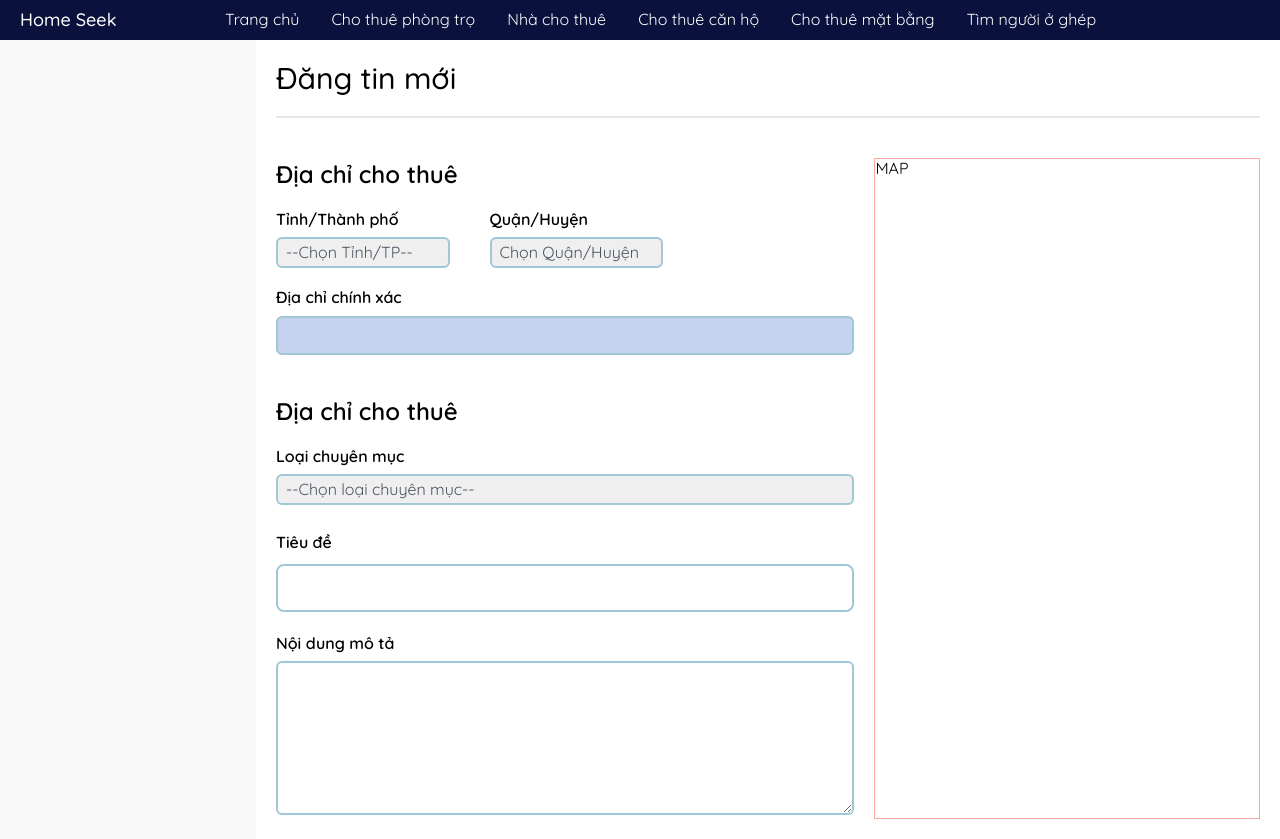
Repository: ajincome26/homeseek
Page: /create (app in client/)
These files come from the project's save history. The page is drawn as it stood at one moment and after the next save; the edit follows.
The browser window is 1280 px wide. The pictures show the whole page.
The page's requests for data from a server got no answer. The project was rebuilt for these pictures with package versions that can differ from the ones it lists, and the page was loaded fresh each time. Some packages were replaced by stand-ins written for this rebuild. No one was signed in, and anything a server would have sent is missing. Also part of the build but not shown: client/vite.config.ts, client/src/components/Footer/Footer.tsx, client/src/components/Button/Button.tsx, client/src/components/Button/index.ts, client/src/utils/utils.tsx, client/src/components/MainHeader/components/User.tsx, client/src/components/Popover/Popover.tsx, client/src/components/Popover/index.ts and 16 more.

Above is the page before, as saved 2024-01-10 05:02:05.

### client/index.html
<!doctype html>
<html lang="en">
  <head>
    <meta charset="UTF-8" />
    <link rel="icon" type="image/svg+xml" href="/vite.svg" />
    <meta name="viewport" content="width=device-width, initial-scale=1.0" />
    <title>Home Seek</title>
    <link rel="preconnect" href="https://fonts.googleapis.com" />
    <link rel="preconnect" href="https://fonts.gstatic.com" crossorigin />
    <link
      href="https://fonts.googleapis.com/css2?family=Quicksand:wght@300;400;500;600;700&display=swap"
      rel="stylesheet"
    />
  </head>
  <body>
    <div id="root"></div>
    <script type="module" src="/src/main.tsx"></script>
  </body>
</html>

### client/src/main.tsx
import ReactDOM from 'react-dom/client'
import App from './App'
import './styles/index.scss'
import { BrowserRouter } from 'react-router-dom'
import { QueryClient, QueryClientProvider } from '@tanstack/react-query'
import { ReactQueryDevtools } from '@tanstack/react-query-devtools'
import { AuthProvider } from './contexts/auth.context'
import { ErrorBoundary } from './components/ErrorBoundary'

// Create a client
const queryClient = new QueryClient({
  defaultOptions: {
    queries: {
      refetchOnWindowFocus: false // disable việc fetch lại api khi focus tab window
    }
  }
})

ReactDOM.createRoot(document.getElementById('root')!).render(
  <BrowserRouter>
    <QueryClientProvider client={queryClient}>
      <AuthProvider>
        <ErrorBoundary>
          <App />
        </ErrorBoundary>
      </AuthProvider>
      <ReactQueryDevtools initialIsOpen={false} />
    </QueryClientProvider>
  </BrowserRouter>
)

### client/src/App.tsx
import { useEffect } from 'react'
import { useAuth } from './contexts/auth.context'
import useRoute from './useRoute'
import { LocalStorageEventTarget } from './utils/auth'
import { ToastContainer } from 'react-toastify'
import 'react-toastify/dist/ReactToastify.css'

function App() {
  const routeElements = useRoute()
  const { resetAuth } = useAuth()
  useEffect(() => {
    LocalStorageEventTarget.addEventListener('clearLS', () => {
      resetAuth()
    })
    return () => {
      LocalStorageEventTarget.removeEventListener('clearLS', () => {
        resetAuth()
      })
    }
  }, [resetAuth])
  return (
    <div className='bg-third'>
      <ToastContainer />
      <div>{routeElements}</div>
    </div>
  )
}

export default App

### client/src/styles/index.scss
@tailwind base;
@tailwind components;
@tailwind utilities;

@import 'reset';

body {
  font-family: 'Quicksand', sans-serif;
  font-size: 16px;
  line-height: 1.2;
}

select {
  -webkit-appearance: none;
  -moz-appearance: none;
  appearance: none;
}

::-webkit-scrollbar {
  width: 10px;
}
::-webkit-scrollbar-track {
  background-color: #fafafa;
}
::-webkit-scrollbar-thumb {
  background-color: #ccd0d7;
  border-radius: 50px;
}

/* Chrome, Safari, Edge, Opera */
input::-webkit-outer-spin-button,
input::-webkit-inner-spin-button {
  -webkit-appearance: none;
  margin: 0;
}
/* Firefox */
input[type='number'] {
  appearance: textfield;
}

.cr-truncate-1 {
  overflow: hidden;
  display: -webkit-box;
  -webkit-box-orient: vertical;
  -webkit-line-clamp: 1;
  text-overflow: ellipsis;
  word-break: break-word;
}

// class tailwind-sort
.cr-transition {
  @apply transition-all ease-linear duration-200;
}
.cr-hover-text {
  @apply hover:text-[#977616] transition-colors ease-linear duration-200 cursor-pointer;
}
.cr-input-text {
  @apply px-3 py-2 border-[2px] border-[#a0c7d6] outline-none rounded-md focus:border-[#4b5fc2] cr-transition box-border w-full;
}

### client/src/contexts/auth.context.tsx
import React, { createContext, useContext, useState } from 'react'
import { User } from '~/types/user.type'
import { getAccessToken, getUserInfoFromStorage } from '~/utils/auth'

interface AuthProviderType {
  isLoggedIn: boolean
  setIsLoggedIn: React.Dispatch<React.SetStateAction<boolean>>
  userInfo: User | null
  setUserInfo: React.Dispatch<React.SetStateAction<User | null>>
  resetAuth: () => void
}
const initialContext: AuthProviderType = {
  isLoggedIn: Boolean(getAccessToken()),
  setIsLoggedIn: () => null,
  userInfo: getUserInfoFromStorage(),
  setUserInfo: () => null,
  resetAuth: () => null
}

const AuthContext = createContext<AuthProviderType>(initialContext)
const useAuth = () => {
  const context = useContext(AuthContext)
  if (typeof context === 'undefined') throw new Error('useAuth must be used within a AuthContext')
  return context
}
const AuthProvider = ({ children }: { children: React.ReactNode }) => {
  const [isLoggedIn, setIsLoggedIn] = useState(initialContext.isLoggedIn)
  const [userInfo, setUserInfo] = useState(initialContext.userInfo)
  const resetAuth = () => {
    setIsLoggedIn(false)
    setUserInfo(null)
  }
  return (
    <AuthContext.Provider value={{ isLoggedIn, setIsLoggedIn, userInfo, setUserInfo, resetAuth }}>
      {children}
    </AuthContext.Provider>
  )
}

// eslint-disable-next-line react-refresh/only-export-components
export { useAuth, AuthProvider }

### client/src/components/ErrorBoundary/index.ts
export { default as ErrorBoundary } from './ErrorBoundary'

### client/src/useRoute.tsx
import { useRoutes } from 'react-router-dom'
import { path } from './constants/path'
import { MainLayout } from './layouts/MainLayout'
import ManageLayout from './layouts/ManageLayout/ManageLayout'
import { CreatePost } from './pages/CreatePostPage'
import { HomePage } from './pages/HomePage'
import { LoginPage } from './pages/LoginPage'
import { RegisterPage } from './pages/RegisterPage'

const { HOME, LOGIN, REGISTER, OAUTH, CREATE } = path

const useRoute = () => {
  return useRoutes([
    {
      path: LOGIN,
      element: <LoginPage />
    },
    {
      path: REGISTER,
      element: <RegisterPage />
    },
    {
      path: OAUTH,
      element: <LoginPage />
    },
    {
      path: OAUTH,
      element: <RegisterPage />
    },
    // Authen không ảnh hưởng
    {
      element: <ManageLayout />,
      children: [
        {
          index: true,
          path: CREATE,
          element: <CreatePost />
        }
      ]
    },
    {
      element: <MainLayout />,
      children: [
        {
          index: true,
          path: HOME,
          element: <HomePage />
        }
      ]
    }
  ])
}

export default useRoute

### client/src/utils/auth.ts
import { User } from '~/types/user.type'

export const LocalStorageEventTarget = new EventTarget()

export const getAccessToken = () => localStorage.getItem('accessToken') || ''
export const getRefreshToken = () => localStorage.getItem('refreshToken') || ''
export const setAccessToken = (accessToken: string) => localStorage.setItem('accessToken', accessToken)
export const setRefreshToken = (refreshToken: string) => localStorage.setItem('refreshToken', refreshToken)
export const getUserInfoFromStorage = () => {
  const info = localStorage.getItem('userInfo')
  return info ? JSON.parse(info) : null
}
export const setUserInfoToStorage = (userInfo: User) => localStorage.setItem('userInfo', JSON.stringify(userInfo))

export const clearLocalStorage = () => {
  localStorage.removeItem('accessToken')
  localStorage.removeItem('refreshToken')
  localStorage.removeItem('userInfo')
  const clearLSEvent = new Event('clearLS')
  LocalStorageEventTarget.dispatchEvent(clearLSEvent)
}

### client/src/styles/_reset.scss
*,
*::before,
*::after {
  box-sizing: border-box;
}
* {
  margin: 0;
  padding: 0;
}

html,
body {
  height: 100%;
}
body {
  line-height: 1.5;
  -webkit-font-smoothing: antialiased;
  -webkit-tap-highlight-color: rgba(0, 0, 0, 0);
}
a {
  text-decoration: none;
  color: inherit;
}
img,
picture,
video,
canvas,
svg {
  display: block;
  // max-width: 100%;
}
input,
button,
textarea,
select {
  font: inherit;
  outline: none;
}
option:checked {
  background-color: #0891b2;
  color: white;
  font-style: italic;
}
p,
h1,
h2,
h3,
h4,
h5,
h6 {
  overflow-wrap: break-word;
}

### client/src/constants/path.ts
export const path = {
  HOME: '/',
  LOGIN: '/login',
  OAUTH: '/login/oauth',
  REGISTER: '/register',
  LOGOUT: '/logout',

  ROOM_FOR_RENT: '/room-for-rent',
  HOUSE_FOR_RENT: '/house-for-rent',
  APARTMENT_FOR_RENT: '/apartment-for-rent',
  GROUND_FOR_RENT: '/ground-for-rent',
  FIND_A_ROOMATE: '/find-a-roomate',

  CREATE: '/create',
  MANAGE: '/manage',
  PROFILE: '/user/profile',
  CHANGE_PASSWORD: '/user/change-password',

  CONTACT: '/contact',

  NOT_FOUND: '*'
}

### client/src/layouts/MainLayout/index.ts
export { default as MainLayout } from './MainLayout'

### client/src/layouts/ManageLayout/ManageLayout.tsx
import { Outlet } from 'react-router-dom'
import { Sidebar } from '~/components/Sidebar'
import { SubHeader } from '~/components/SubHeader'

const ManageLayout = () => {
  return (
    <>
      <SubHeader />
      <div className='pt-[40px] flex'>
        <div className='min-h-[calc(100vh-40px)] basis-1/5'>
          <Sidebar />
        </div>
        <div className='bg-white basis-4/5'>
          <Outlet />
        </div>
      </div>
    </>
  )
}

export default ManageLayout

### client/src/pages/CreatePostPage/index.ts
export { default as CreatePost } from './CreatePost'

### client/src/pages/HomePage/index.ts
export { default as HomePage } from './HomePage'

### client/src/pages/LoginPage/index.ts
export { default as LoginPage } from './LoginPage'

### client/src/pages/RegisterPage/index.ts
export { default as RegisterPage } from './RegisterPage'

### client/src/components/Sidebar/index.ts
export { default as Sidebar } from './Sidebar'

### client/src/components/SubHeader/index.ts
export { default as SubHeader } from './SubHeader'

### client/src/pages/CreatePostPage/CreatePost.tsx
import { yupResolver } from '@hookform/resolvers/yup'
import { useForm } from 'react-hook-form'
import { postSchema, PostSchema } from '~/utils/schema'
import Address from './components/Address'
import Overview from './components/Overview'

export type FormPost = PostSchema

const CreatePost = () => {
  const { handleSubmit } = useForm<FormPost>({
    resolver: yupResolver(postSchema)
  })
  const handleCreatePost = (data: FormPost) => {}
  return (
    <div className='p-5 text-black'>
      <h2 className='w-full pb-5 text-3xl font-medium border-b-2'>Đăng tin mới</h2>
      <div className='flex gap-5 mt-10'>
        <form onSubmit={handleSubmit(handleCreatePost)} className='flex flex-col gap-10 basis-[60%]'>
          <Address />
          <Overview />
        </form>
        <div className='border border-red-300 map basis-[40%]'>MAP</div>
      </div>
    </div>
  )
}

export default CreatePost

### client/src/components/SubHeader/SubHeader.tsx
import { Link } from 'react-router-dom'
import { SubNavigation } from '../SubNavigation'

const SubHeader = () => {
  return (
    <div className='fixed w-full h-[40px] bg-primary text-white flex items-center gap-12 px-5'>
      <Link to={'/'} className='text-lg font-medium cursor-pointer hover:text-sixth cr-transition'>
        Home Seek
      </Link>
      <div className='w-[80%]'>
        <SubNavigation />
      </div>
    </div>
  )
}

export default SubHeader

### client/src/components/Field/index.ts
export { default as Field } from './Field'

### client/src/components/Input/index.ts
export { default as Input } from './Input'
export { default as InputPassword } from './InputPassword'
export { default as InputSearch } from './InputSearch'
export { default as InputNumber } from './InputNumber'
export { default as InputFile } from './InputFile'
export { default as InputReadOnly } from './InputReadOnly'

### client/src/components/Label/index.ts
export { default as Label } from './Label'

### client/src/utils/icons.ts
import { BiSolidShoppingBags, BiLogoFacebookCircle, BiPlus } from 'react-icons/bi'
import {
  AiFillInstagram,
  AiFillTwitterCircle,
  AiOutlineEye,
  AiOutlineEyeInvisible,
  AiOutlineShoppingCart,
  AiFillStar,
  AiOutlineStar,
  AiFillCaretRight,
  AiOutlineQuestionCircle,
  AiFillHeart,
  AiOutlineHeart,
  AiOutlinePlusCircle
} from 'react-icons/ai'
import { TbWorld, TbUserCircle, TbBrandMessenger } from 'react-icons/tb'
import { PiCaretDownBold, PiCaretUpBold, PiCaretLeftBold, PiCaretRightBold } from 'react-icons/pi'
import { HiOutlineSearch, HiOutlineLogout } from 'react-icons/hi'
import { BsListUl, BsThreeDots, BsShieldLock, BsPencilSquare } from 'react-icons/bs'
import { LiaFilterSolid } from 'react-icons/lia'
import { RiSubtractLine, RiTodoLine } from 'react-icons/ri'
import { FaCartPlus } from 'react-icons/fa'
import { CiEdit } from 'react-icons/ci'
import { FaRegUser, FaUserEdit } from 'react-icons/fa'
import { SiSensu } from 'react-icons/si'
import { FcGoogle } from 'react-icons/fc'
import { MdOutlineDashboard, MdOutlineLibraryBooks } from 'react-icons/md'

export default {
  AiFillInstagram,
  AiFillTwitterCircle,
  AiOutlineEye,
  AiOutlineEyeInvisible,
  AiOutlineShoppingCart,
  AiFillStar,
  AiOutlineStar,
  AiFillCaretRight,
  AiOutlineQuestionCircle,
  AiFillHeart,
  AiOutlineHeart,
  AiOutlinePlusCircle,
  BiSolidShoppingBags,
  BiLogoFacebookCircle,
  PiCaretDownBold,
  PiCaretUpBold,
  PiCaretLeftBold,
  PiCaretRightBold,
  TbWorld,
  TbUserCircle,
  TbBrandMessenger,
  HiOutlineSearch,
  HiOutlineLogout,
  BsListUl,
  BsThreeDots,
  BsShieldLock,
  BsPencilSquare,
  LiaFilterSolid,
  BiPlus,
  RiSubtractLine,
  RiTodoLine,
  FaCartPlus,
  FaUserEdit,
  CiEdit,
  FaRegUser,
  SiSensu,
  FcGoogle,
  MdOutlineDashboard,
  MdOutlineLibraryBooks
}

### client/src/constants/data.tsx
import { path } from './path'
import icons from '~/utils/icons'
import { CategoryType } from '~/types/category.type'

const { BsPencilSquare, MdOutlineLibraryBooks, TbUserCircle, FaUserEdit, TbBrandMessenger } = icons

const {
  ROOM_FOR_RENT,
  HOUSE_FOR_RENT,
  APARTMENT_FOR_RENT,
  GROUND_FOR_RENT,
  FIND_A_ROOMATE,
  CREATE,
  MANAGE,
  PROFILE,
  CONTACT
} = path

export const categories = [
  { id: 1, name: 'Cho thuê phòng trọ', path: ROOM_FOR_RENT },
  { id: 2, name: 'Nhà cho thuê', path: HOUSE_FOR_RENT },
  { id: 3, name: 'Cho thuê căn hộ', path: APARTMENT_FOR_RENT },
  { id: 4, name: 'Cho thuê mặt bằng', path: GROUND_FOR_RENT },
  { id: 5, name: 'Tìm người ở ghép', path: FIND_A_ROOMATE }
] as CategoryType[]

export const dataManage = [
  {
    id: 1,
    text: 'Đăng tin cho thuê',
    path: CREATE,
    icon: <BsPencilSquare />
  },
  {
    id: 2,
    text: 'Quản lý tin đăng',
    path: MANAGE,
    icon: <MdOutlineLibraryBooks />
  },
  {
    id: 3,
    text: 'Thông tin tài khoản',
    path: PROFILE,
    icon: <TbUserCircle />
  }
]

export const dataSidebar = [
  {
    id: 1,
    text: 'Đăng tin cho thuê',
    path: CREATE,
    icon: <BsPencilSquare />
  },
  {
    id: 2,
    text: 'Quản lý tin đăng',
    path: MANAGE,
    icon: <MdOutlineLibraryBooks />
  },
  {
    id: 3,
    text: 'Sửa thông tin cá nhân',
    path: PROFILE,
    icon: <FaUserEdit />
  },
  {
    id: 4,
    text: 'Liên hệ',
    path: CONTACT,
    icon: <TbBrandMessenger />
  }
]

### client/src/components/SubNavigation/index.ts
export { default as SubNavigation } from './SubNavigation'

### client/src/apis/province.api.ts
import { Province } from '~/types/province.type'
import { apiGetPublicProvinces } from '~/utils/utils'

const provinceApi = {
  getProvinces: () => apiGetPublicProvinces.get<Province[]>('/')
}

export default provinceApi

### client/src/components/Select/index.ts
export { default as Select } from './Select'

### client/src/components/Field/Field.tsx
interface Props {
  children: JSX.Element | JSX.Element[]
}

const Field = ({ children }: Props) => {
  return <div className='flex flex-col items-start'>{children}</div>
}

export default Field

### client/src/components/Input/Input.tsx
import { InputHTMLAttributes } from 'react'
import type { FieldValues, FieldPath, UseFormRegister } from 'react-hook-form'

export interface InputProps<TFieldValues extends FieldValues> extends InputHTMLAttributes<HTMLInputElement> {
  name: FieldPath<TFieldValues>
  errorMessage?: string
  register: UseFormRegister<TFieldValues>
}

const Input = <TFieldValues extends FieldValues = FieldValues>({
  className,
  type,
  name,
  children,
  errorMessage,
  register,
  ...props
}: InputProps<TFieldValues>) => {
  return (
    <div className='relative w-full'>
      <input
        id={name}
        type={type || 'text'}
        {...register(name)}
        {...props}
        className={`mb-[6px] border rounded-lg py-3 bg-grayField hover:border-primary focus:border-primary transition w-full focus:bg-white ${
          children ? 'pl-4 pr-10' : 'px-4'
        } ${className}`}
        autoComplete='on'
      />
      <span className='absolute top-1/2 right-3 translate-y-[-110%] cursor-pointer text-grayDark'>{children}</span>
      <div className='text-sm text-red-500 min-h-[1rem] leading-4'>{errorMessage}</div>
    </div>
  )
}

export default Input

### client/src/components/Input/InputReadOnly.tsx
import { InputHTMLAttributes } from 'react'

export interface InputProps extends InputHTMLAttributes<HTMLInputElement> {
  title: string
  data: string
}

const InputReadOnly = ({ title, data }: InputProps) => {
  return (
    <div className='w-full'>
      <label className='font-semibold' htmlFor={title}>
        {title}
      </label>
      <input type='text' id={title} value={data || ''} className='mt-2 cr-input-text bg-[#c5d3f1]' readOnly />
    </div>
  )
}

export default InputReadOnly

### client/src/components/Label/Label.tsx
interface Props {
  htmlFor: string
  children: string
  textColor?: string
}

const Label = ({ htmlFor, children, textColor }: Props) => {
  return (
    <label className={`${textColor || 'text-white'} mt-2 mb-3 font-semibold cursor-pointer`} htmlFor={htmlFor}>
      {children}
    </label>
  )
}

export default Label

### client/src/components/SubNavigation/SubNavigation.tsx
import { NavLink } from 'react-router-dom'
import { categories } from '~/constants/data'

const notActive = 'hover:bg-secondary px-4 h-full flex items-center bg-primary transition-all ease-linear duration-300'
const active = 'hover:bg-secondary px-4 h-full flex items-center bg-secondary'
const SubNavigation = () => {
  return (
    <div className='w-full h-[40px] flex justify-center items-center'>
      <div className='flex items-center h-full'>
        <NavLink to={'/'} className={({ isActive }) => (isActive ? active : notActive)}>
          Trang chủ
        </NavLink>
        {categories?.length > 0 &&
          categories.map((item, index) => {
            return (
              <div key={index} className='h-full'>
                <NavLink to={item.path} className={({ isActive }) => (isActive ? active : notActive)}>
                  {item.name}
                </NavLink>
              </div>
            )
          })}
      </div>
    </div>
  )
}

export default SubNavigation

Loaded but not shown: client/tailwind.config.js (37 lines, source omitted); client/src/utils/schema.ts (64 lines, source omitted); client/src/pages/CreatePostPage/components/Address.tsx (67 lines, source omitted); client/src/components/Select/Select.tsx (53 lines, source omitted); client/src/pages/CreatePostPage/components/Overview.tsx (64 lines, source omitted)

After the next save:
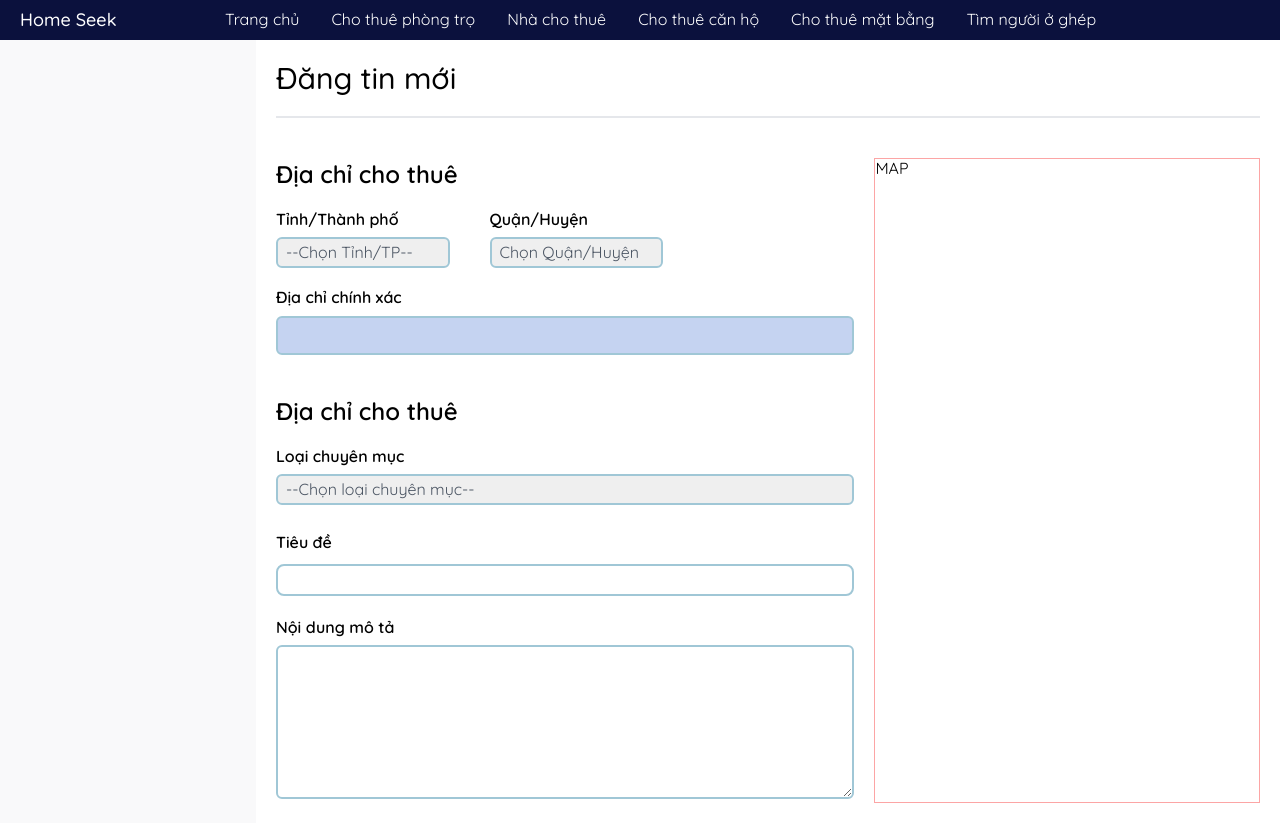
Saved 16 s later.
--- a/client/src/components/Input/Input.tsx
+++ b/client/src/components/Input/Input.tsx
@@ -23,7 +23,7 @@
         type={type || 'text'}
         {...register(name)}
         {...props}
-        className={`mb-[6px] border rounded-lg py-3 bg-grayField hover:border-primary focus:border-primary transition w-full focus:bg-white ${
+        className={`mb-[6px] border rounded-lg bg-grayField hover:border-primary focus:border-primary transition w-full focus:bg-white ${
           children ? 'pl-4 pr-10' : 'px-4'
         } ${className}`}
         autoComplete='on'

After the save that followed:
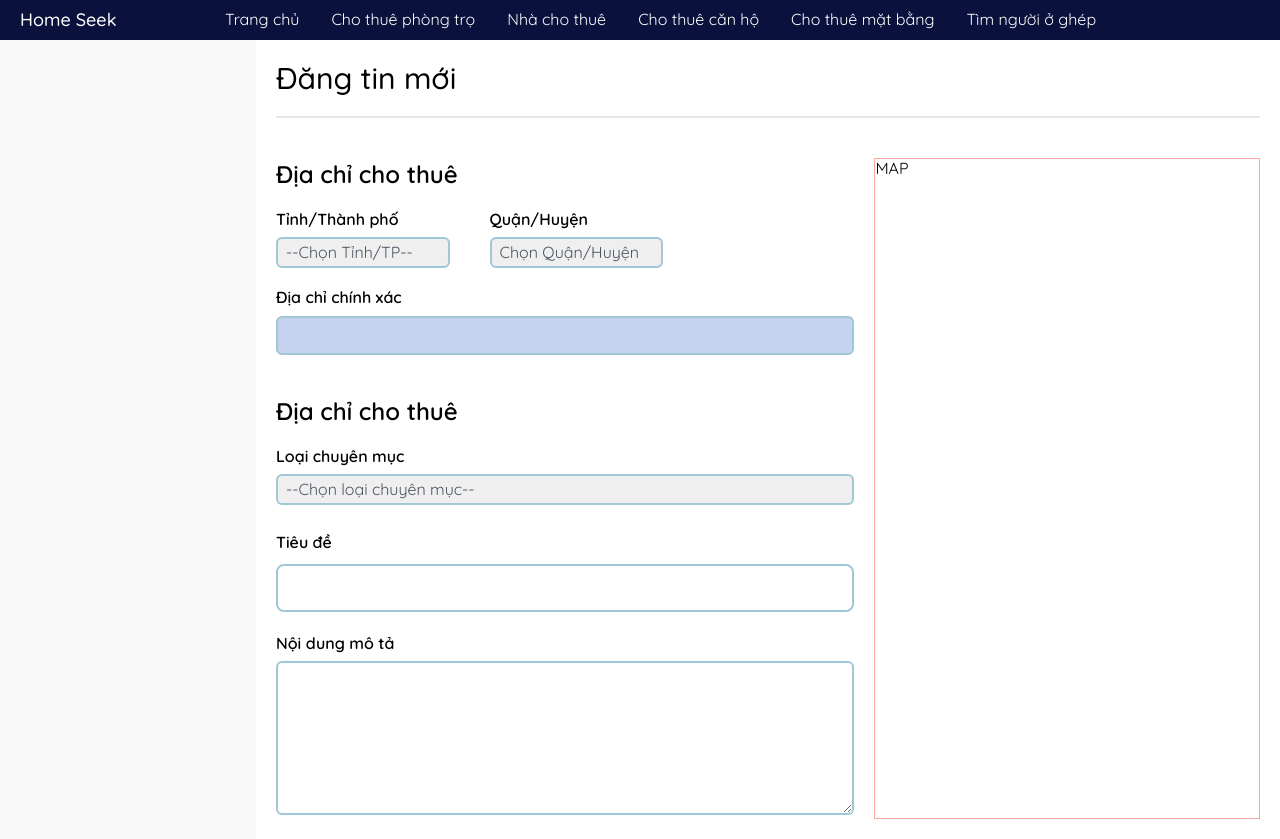
Saved 11 s later.
--- a/client/src/components/Input/Input.tsx
+++ b/client/src/components/Input/Input.tsx
@@ -23,7 +23,7 @@
         type={type || 'text'}
         {...register(name)}
         {...props}
-        className={`mb-[6px] border rounded-lg bg-grayField hover:border-primary focus:border-primary transition w-full focus:bg-white ${
+        className={`mb-[6px] border rounded-lg py-3 bg-grayField hover:border-primary focus:border-primary transition w-full focus:bg-white ${
           children ? 'pl-4 pr-10' : 'px-4'
         } ${className}`}
         autoComplete='on'
